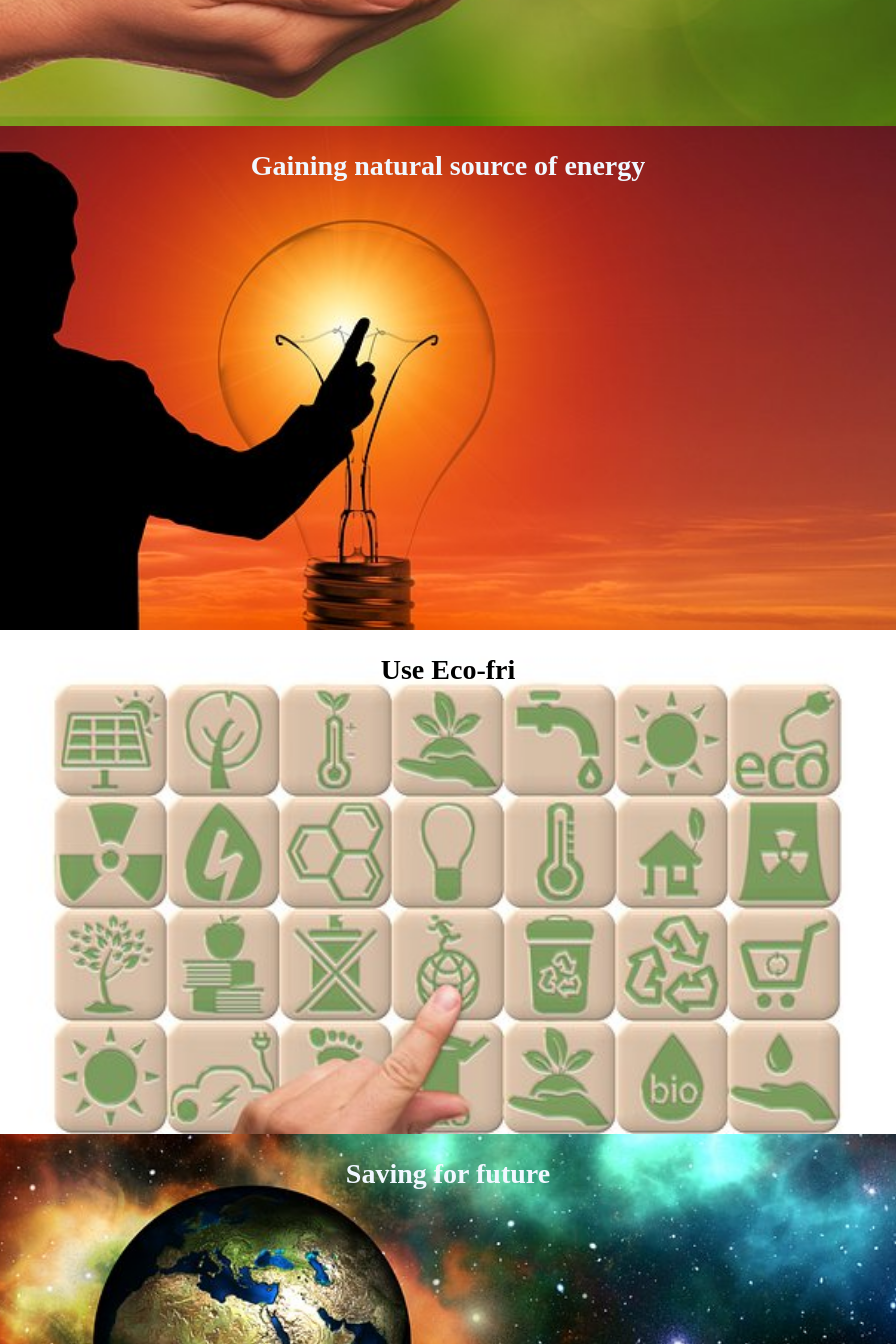
Repository: NavinDayanithi/static-web-design-competition
Page: index.html
An editor plug-in stored every save of this project. The page is shown before and after a run of saves, followed by the edit.
The browser window is 1280 px wide. The pictures show the part of the page from y = 1340 to 3260 px (the page is 4420 px tall), at 70% of full size.
Backgrounds fixed to the window are drawn as part of the page.

Above is the page before, as saved 2023-04-28 20:47:48.

After the next 3 saves:
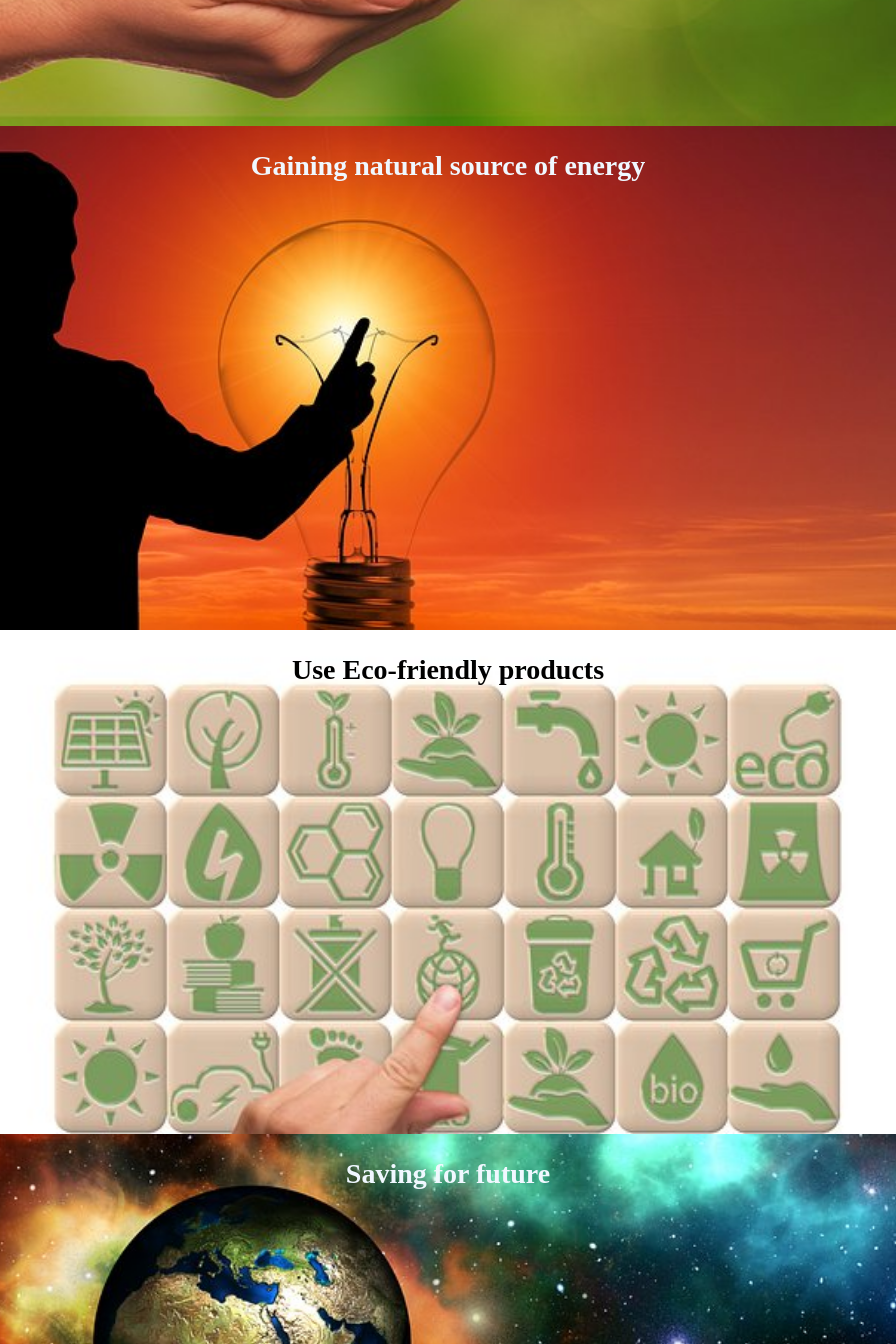
The 3 saves are shown as one change because they came seconds apart.
The last was saved 11 s later.
--- a/index.html
+++ b/index.html
@@ -16,7 +16,7 @@
         <h2>Gaining natural source of energy</h2>
     </div>
     <div class="box5">
-        <h2>Use Eco-fri</h2>
+        <h2>Use Eco-friendly products</h2>
     </div>
     <div class="box4">
         <h2>Saving for future</h2>
